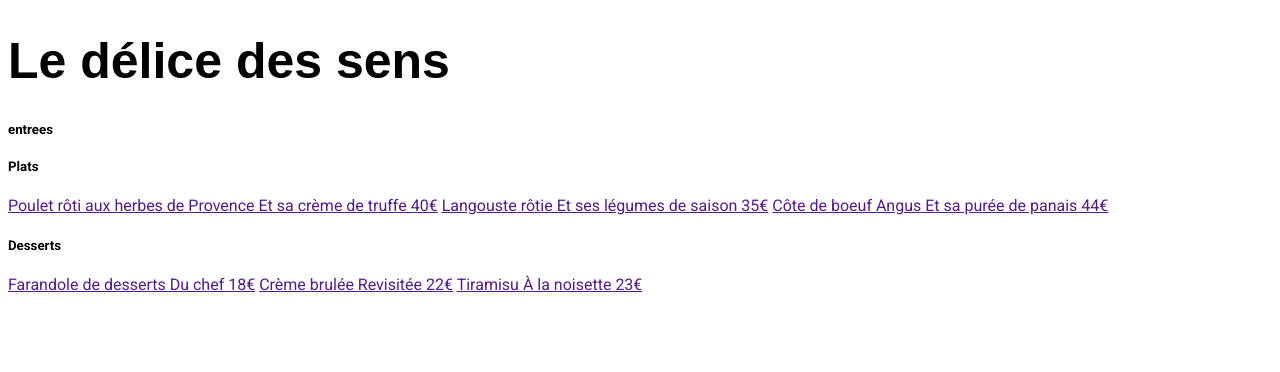
Repository: lysianebo/OHMYFOOD
Page: Le_délice_des sens.html
These files come from the project's save history. The page is drawn as it stood at one moment and after the next save; the edit follows.
The browser window is 1280 px wide. The pictures show the whole page.
Some web fonts or font styles are not loaded; a fallback is used. Some web libraries are served in a nearby version.

Above is the page before, as saved 2022-10-22 16:15:30.

After the next save:
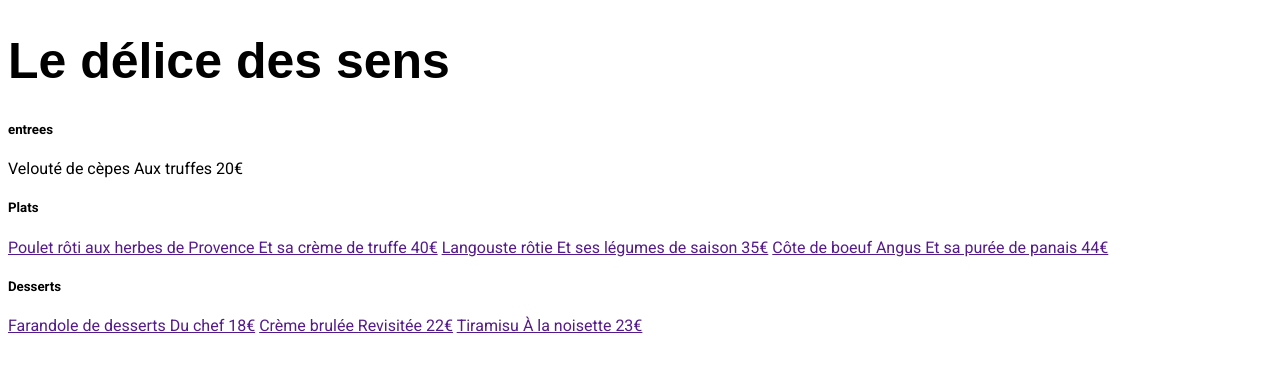
Saved 6 s later.
--- a/Le_délice_des sens.html
+++ b/Le_délice_des sens.html
@@ -20,9 +20,9 @@
     Et sa farandole de petits légumes
     35€
 
-    <a href="" class="btn grey"Velouté de cèpes
+    <a href="" class="btn grey"></a>Velouté de cèpes
     Aux truffes
-    20€</a></a>
+    20€</a>
 
     <h5>Plats</h5>
     <a href="" class="btn grey">Poulet rôti aux herbes de Provence
